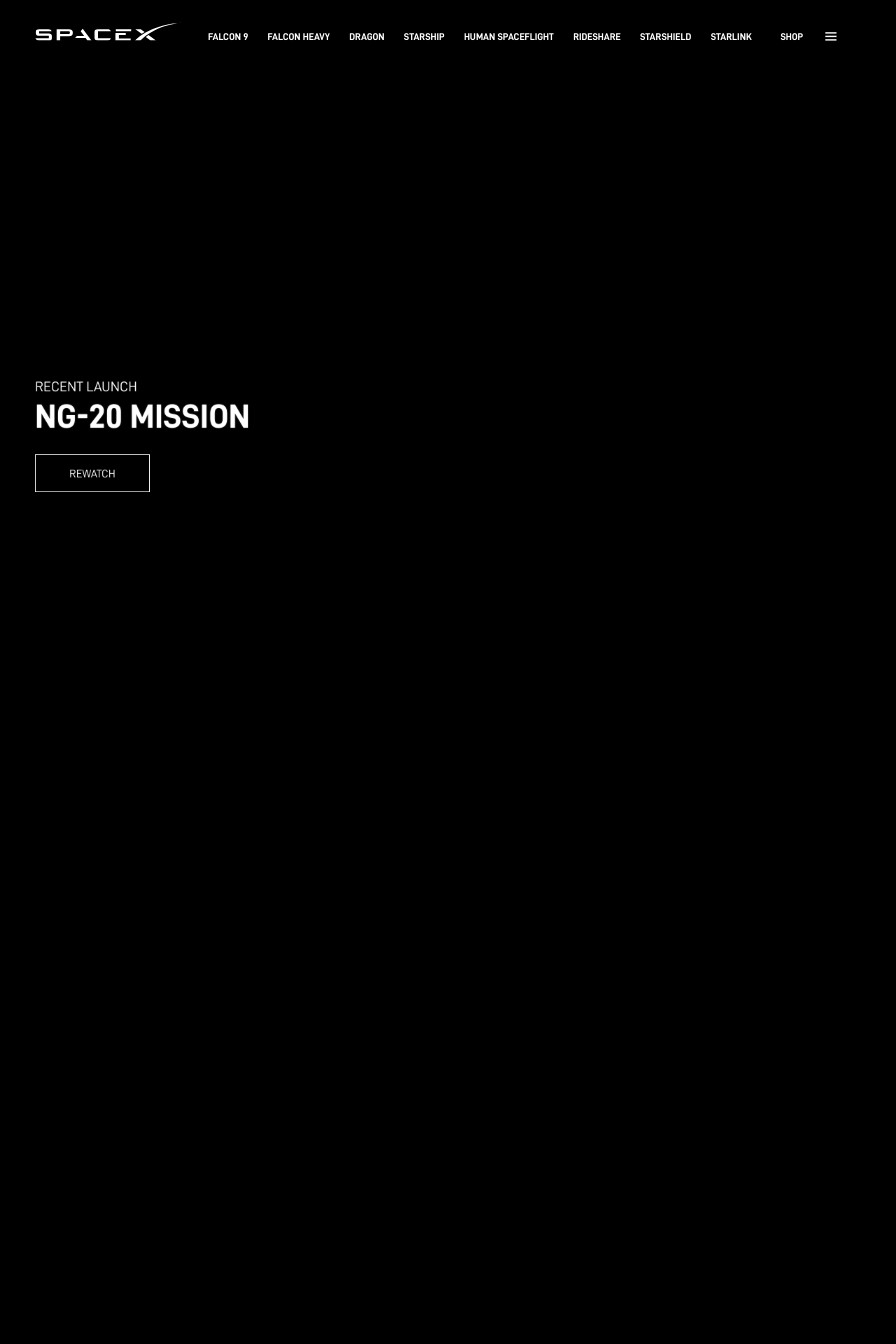
Repository: johnnyzhao5619/spacex.github.io
Page: index.html
These files come from the project's save history. The page is drawn as it stood at one moment and after the next save; the edit follows.
The browser window is 1280 px wide. The pictures show the part of the page from y = 0 to 1920 px (the page is 4000 px tall), at 70% of full size.

Above is the page before, as saved 2024-01-31 14:04:15.

### index.html
<!DOCTYPE html>
<html lang="en">
<head>
    <meta charset="UTF-8">
    <meta name="viewport" content="width=device-width, initial-scale=1.0">

    <title>SpaceX-FOR THE BENEFIT OF MARS(Parody Website)</title>
    <meta name="description" content="A Parody Website, it's a practice project created using HTML and CSS.">
    <meta name="keywords" content="parody,space,spacex,aerospace">
    <link rel="icon" type="image/x-icon" href="/static/images/favicon.ico" />

    <link rel="stylesheet" href="css/base.css">
    <link rel="stylesheet" href="css/common.css">
    <link rel="stylesheet" href="css/style.css">

</head>
<body>
    <section class="header">
        <div class="w">
            <div class="header_logo">
                <h1>
                    <a class="logo_item" href="#" title="SpaceX">SpaceX
                        <svg version="1.1" x="0px" y="0px" viewBox="0 0 400 50">
                            <title>SpaceX</title>
                            <g class="letter_s">
                            <path class="fill-white" d="M37.5,30.5H10.9v-6.6h34.3c-0.9-2.8-3.8-5.4-8.9-5.4H11.4c-5.7,0-9,2.1-9,6.7v4.9c0,4,3.4,6.3,8.4,6.3h26.9v7H1.5
                            c0.9,3.8,3.8,5.8,9,5.8h27.1c5.7,0,8.5-2.2,8.5-6.9v-4.9C46.1,33.1,42.8,30.8,37.5,30.5z"></path>
                            </g>
                            <g class="letter_p">
                            <path class="fill-white" d="M91.8,18.6H59v30.7h9.3V37.5h24.2c6.7,0,10.4-2.3,10.4-7.7v-3.4C102.8,21.4,98.6,18.6,91.8,18.6z M94.8,28.4
                            c0,2.2-0.4,3.4-4,3.4H68.3l0.1-8h22c4,0,4.5,1.2,4.5,3.3V28.4z"></path>
                            </g>
                            <g class="letter_a">
                            <polygon class="fill-white" points="129.9,17.3 124.3,24.2 133.8,37.3 114,37.3 109.1,42.5 137.7,42.5 142.6,49.3 153.6,49.3 	"></polygon>
                            </g>
                            <g class="letter_c">
                            <path class="fill-white" d="M171.4,23.9h34.8c-0.9-3.6-4.4-5.4-9.4-5.4h-26c-4.5,0-8.8,1.8-8.8,6.7v17.2c0,4.9,4.3,6.7,8.8,6.7h26.3
                            c6,0,8.1-1.7,9.1-5.8h-34.8V23.9z"></path>
                            </g>
                            <g class="letter_e">
                                <polygon class="fill-white" points="228.3,43.5 228.3,34.1 247,34.1 247,28.9 218.9,28.9 218.9,49.3 260.4,49.3 260.4,43.5 	"></polygon>
                                <rect class="fill-white" x="219.9" y="18.6" width="41.9" height="5.4"></rect>
                            </g>
                            <g class="letter_x">
                                <path class="fill-white" d="M287.6,18.6H273l17.2,12.6c2.5-1.7,5.4-3.5,8-5L287.6,18.6z"></path>
                                <path class="fill-white" d="M308.8,34.3c-2.5,1.7-5,3.6-7.4,5.4l13,9.5h14.7L308.8,34.3z"></path>
                            </g>
                            <g class="letter_swoosh">
                                <path class="fill-white" d="M399,0.7c-80,4.6-117,38.8-125.3,46.9l-1.7,1.6h14.8C326.8,9.1,384.3,2,399,0.7L399,0.7z"></path>
                            </g>
                        </svg>
                    </a>
                </h1>
            </div>
            <div class="header_nav">
                <ul>
                    <li><a href="#">FALCON 9</a></li>
                    <li><a href="#">FALCON HEAVY</a></li>
                    <li><a href="#">DRAGON</a></li>
                    <li><a href="#">STARSHIP</a></li>
                    <li><a href="#">HUMAN SPACEFLIGHT</a></li>
                    <li><a href="#">RIDESHARE</a></li>
                    <li><a href="#">STARSHIELD</a></li>
                    <li><a href="#">STARLINK</a></li>
                </ul>
            </div>
        </div>
        <div class="header_rigth_menu">
            <div class="menu_nav">
                <ul>
                    <li><a href="#">SHOP</a></li>
                </ul>
            </div>
            <button class="menu_button" aria-label="menu button">
                <div class="bar1"></div>
                <div class="bar2"></div>
                <div class="bar3"></div>
            </button>
        </div>

    </section>
    <section class="scroller">
        <div class="section clearfix">
            <img class="background" src="./images/Cygnus_NG_20_outsidesouthtwr_DSC_9917_desktop_b9a8f27479.jpg" alt="">
            <div class="w">
                <div class="section_inner">
                    <p>RECENT LAUNCH</p>
                    <h1>NG-20 MISSION</h1>
                    <a href="#"><span>REWATCH</span></a>
                </div>
            </div>
        </div>
        <div class="section clearfix"><img class="background" src="./images/Cygnus_NG_20_vertical_013024_DSC_3075_desktop_73742a97cd.jpg" alt=""></div>
        <div class="section clearfix"><img class="background" src="./images/Star_6_38_012824_DSC_4825_desktop_29a4ab033f.jpg" alt=""></div>
        <div class="section clearfix"><img class="background" src="./images/Axiom_3_pad40_DSC_2888_desktop_ec18672702.jpg" alt=""></div>
        <div class="section clearfix"><img class="background" src="./images/Flight_2_Web_Crop_fbebdf1cd4.jpg" alt=""></div>
    </section>



</body>
</html>

### css/base.css
/* 把我们所有标签的内外边距清零 */
* {
    margin: 0;
    padding: 0;
    box-sizing: border-box;
}
/* em和i斜体的文字不倾斜 */
em,
i {
    font-style: normal;
}
/* 去掉li的小圆点 */
li {
    list-style: none;
}

img {
    /* border:0 照顾低版本浏览器 如果图片外面包含了链接会有边框的问题 */
    border: 0;
    /* 取消图片底侧有空白缝隙的问题 */
    vertical-align: middle;
}
button {
    /* 当我们鼠标经过button 按钮的时候，鼠标变成小手*/
    cursor: pointer
}
a {
    color: #666;
    text-decoration: none;
}
a:hover {
    color: rgb(131, 138, 144);
}
p {
    font: 20px/38px D-DIN-Medium, Arial, Verdana, sans-serif;
    color: #FFFFFF;
}
h1 {
    font: 48px/48px D-DIN-Bold, Arial, Verdana, sans-serif;
    color: #FFFFFF;
}
button,
input {
    font-family: D-DIN-Regular,Arial,Verdana,sans-serif;
}

body {
    /* CSS3 抗锯齿形 让文字显示的更加清晰 */
    -webkit-font-smoothing: antialiased;
    background-color: #000;
    font: 16px/28px D-DIN-Regular,Arial,Verdana,sans-serif;
    font-weight: 400;
    font-style: normal;
    color: #fff;

}

.hide,
.none {
    display: none;
}

/* 给父元素添加clearfix属性 */
.clearfix:after {
    /* 隐藏盒子，不让别人看到 */
    visibility: hidden;
    clear: both;
    /* 转换为块级元素 */
    display: block;
    /* 内容可以为空格也可以为小点 */
    content: ".";
    /* 高度为0 */
    height: 0;
}
.clearfix {
    /* IE6、7 专有 带有这个*的属性，只有IE6和7才能执行 zoomjiushi IE6和7清除浮动的方法 */
    *zoom: 1;
}

### css/common.css
@font-face{
	font-family:D-DIN-Medium;
	src:url(../fonts/D-DIN.woff2) format("woff2"),url(../fonts/D-DIN.woff) format("woff"),url(../fonts/D-DIN.otf) format("opentype");
	font-style:normal;
	font-weight:400;
	font-display:block
}
@font-face{
	font-family:D-DIN-Light;
	src:url(../fonts/D-DIN.woff2) format("woff2"),url(../fonts/D-DIN.woff) format("woff"),url(../fonts/D-DIN.otf) format("opentype");
	font-style:normal;
	font-weight:400;
	font-display:block
}
@font-face{
	font-family:D-DIN-Bold;
	src:url(../fonts/D-DIN-Bold.woff2) format("woff2"),url(../fonts/D-DIN-Bold.woff) format("woff"),url(../fonts/D-DIN-Bold.otf) format("opentype");
	font-style:normal;
	font-weight:400;
	font-display:block
}
@font-face{
	font-family:D-DIN-Regular;
	src:url(../fonts/D-DIN.woff2) format("woff2"),url(../fonts/D-DIN.woff) format("woff"),url(../fonts/D-DIN.otf) format("opentype");
	font-style:normal;
	font-weight:400;
	font-display:block
}
.header {
    position: fixed;
    top: 0;
    left: 0;
    z-index: 100;
    width: 100%;
    height: 100px;
}
.w {
    position: relative;
    width: 100%;
    height: 100%;
    max-width: 1400px;
    margin: 0 auto;
}
.header_logo a,
.header_nav a,
.menu_nav a {
    position: relative;
    height: 100%;
    font: 14px/28px D-DIN-Bold,Arial,Verdana,sans-serif;
    font-weight: 500;
    font-style: normal;
    color: #fff;
    text-transform: uppercase;
    text-decoration: none;
}
.header_logo a {
    font-size: 0;
}
.header_nav ul li a::before,
.menu_nav ul li a::before {
    display: none;
    content: "";
    position: absolute;
    left: 0;
    top: 0;
    width: 100%;
    height: 100%;
    border-bottom: 2px solid #fff;
}
.header_nav ul li a:hover::before,
.menu_nav ul li a:hover::before {
    display: block;
}

.header_logo {
    position:absolute;
    top: 32px;
    left: 50px;
}
.header_logo .logo_item {
    display: block;
    width: 210px;
    height: auto;
    fill: #fff;
}
.header_nav {
    position: absolute;
    top: 38px;
    left: 285px;

}
.header_nav ul li {
    display: inline-block;
    margin: 0 12px;
    white-space: nowrap;
    overflow: hidden;
}
.header_rigth_menu {
    position: absolute;
    right: 85px;
    top: 38px;
    width: 80px;
}
.header_rigth_menu .menu_nav{
    float: left;
}
.header_rigth_menu .menu_nav ul li{
    display: inline-block;
}
.header_rigth_menu .menu_button {
    float: right;
    width: 16px;
    height: 16px;
    border: 0;
	outline: none;
	background-color: transparent;
    margin-top: 4px;
}
.header_rigth_menu .menu_button div {
    width: 16px;
    height: 0px;
    border-bottom: 2px solid #fff;
    padding-top: 3px;
}

### css/style.css
body{
    height:4000px;
}
.scroller {
    position: fixed;
    top: 0;
    left: 0;
    width: 100%;
    height: auto;
    text-align: center;
    will-change: transform;
}
.scroller div {
    position: relative;
    width: 100%;

}
.scroller div .background {
    display: block;
    position: absolute;
    top: 0px;
    left: 0px;
    width: 100%;
    height: 100%;
    margin: auto center;
}
.scroller .section_inner {
    position:absolute;
    top: 533px;
    left: 50px;
    width: 560px;
    height: 180px;
    text-align: left;
}
.scroller .section_inner p {
    float: left;
    width: 100%;
    height: 38px;
}
.scroller .section_inner h1 {
    float: left;
    width: 100%;
    height: 48px;
    margin-left: 0;
    font-size: 48px;
    line-height: 48px;
    text-shadow: 0 0 2px #555;
}
.scroller .section_inner a{
    float: left;
    display: block;
    width: 164px;
    height: 54px;
    margin: 30px 0 0;
    padding: 0 15px;
    border: 1px solid #fff;
    font: 16px/24px D-DIN-Medium,Arial,Verdana,sans-serif;
    color: #fff;
    text-align: center;
    line-height: 54px;
}

After the next save:
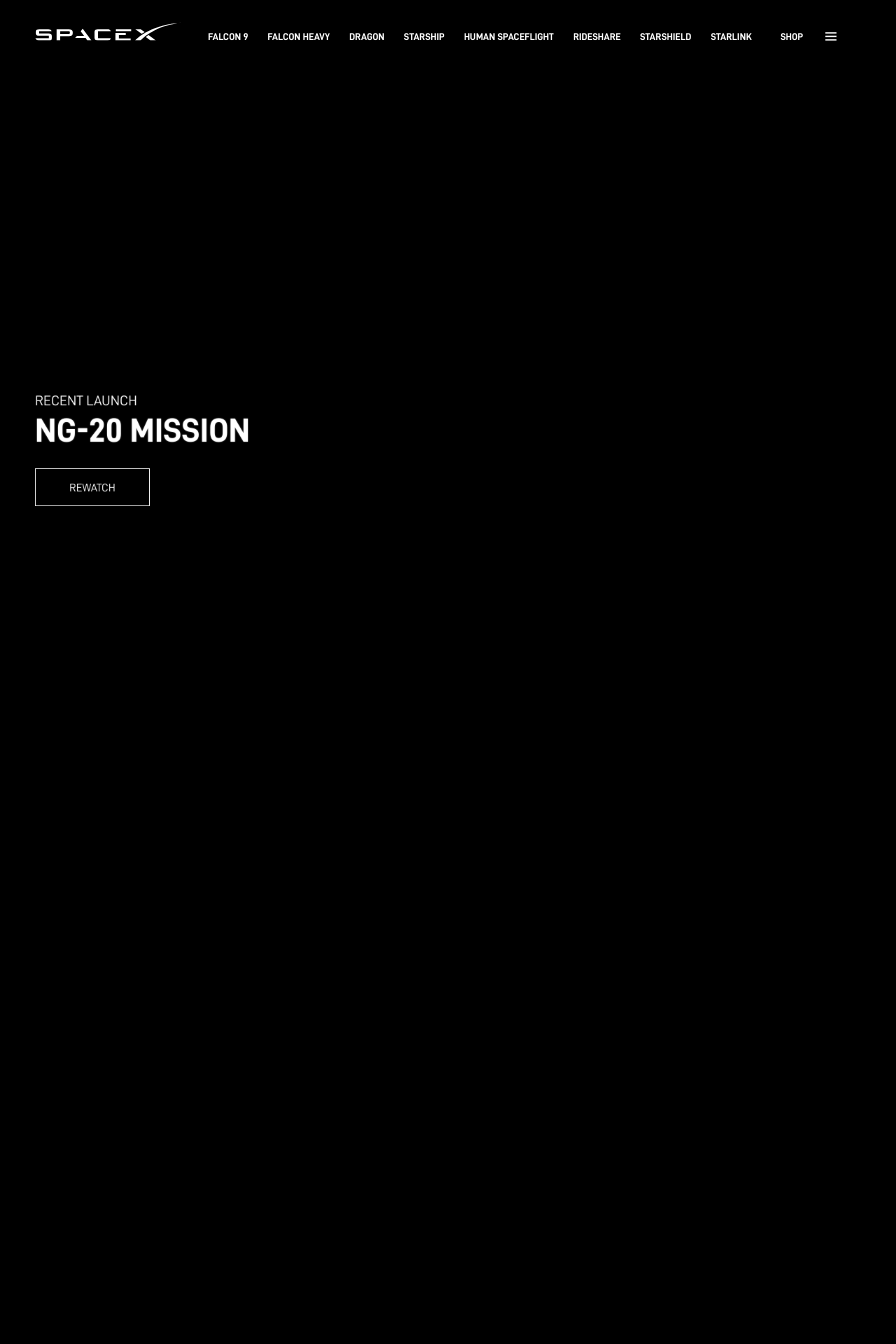
Saved 3 min 19 s later.
--- a/css/style.css
+++ b/css/style.css
@@ -26,7 +26,7 @@
 }
 .scroller .section_inner {
     position:absolute;
-    top: 533px;
+    top: 553px;
     left: 50px;
     width: 560px;
     height: 180px;
